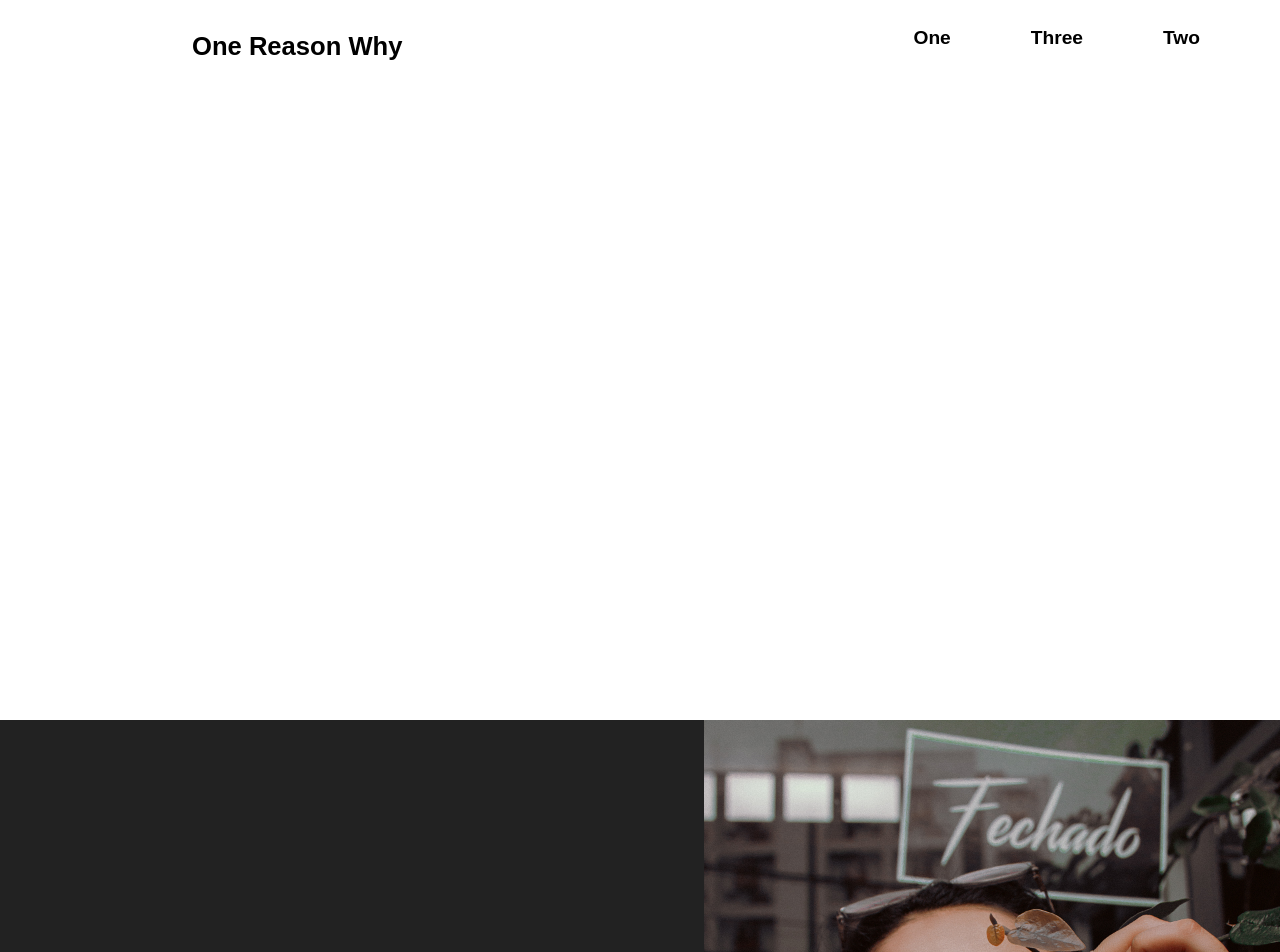
Repository: Imprasna/scrollmagic
Page: index.html
These files come from the project's save history. The page is drawn as it stood at one moment and after a run of saves; the edit follows.
The browser window is 1280 px wide. The pictures show the part of the page from y = 0 to 952 px (the page is 2200 px tall).
A picture or video elsewhere on the page could not be fetched, so the positions and the page height are approximate. Some web fonts or font styles are not loaded; a fallback is used. Some web libraries are served in a nearby version.

Above is the page before, as saved 2021-11-14 19:10:25.

After the next 2 saves:
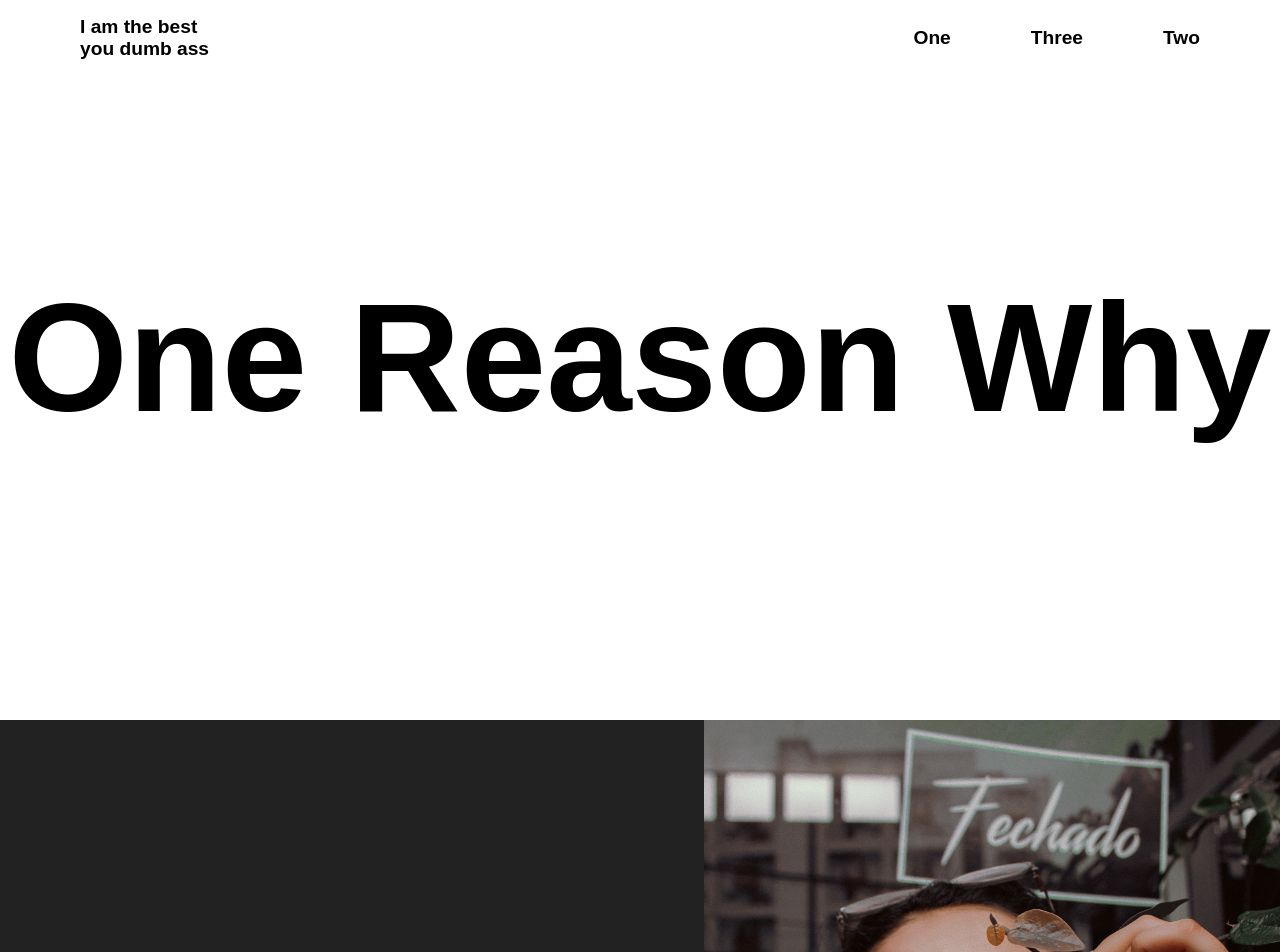
Console error: ReferenceError: pinSpac is not defined
The 2 saves are shown as one change because they came seconds apart.
The last was saved 19 s later.
--- a/app.js
+++ b/app.js
@@ -26,6 +26,7 @@
         end: "100%",
         pin: true,
         scrub: 1,
+        pinSpac
     },
 });
 

After the save that followed:
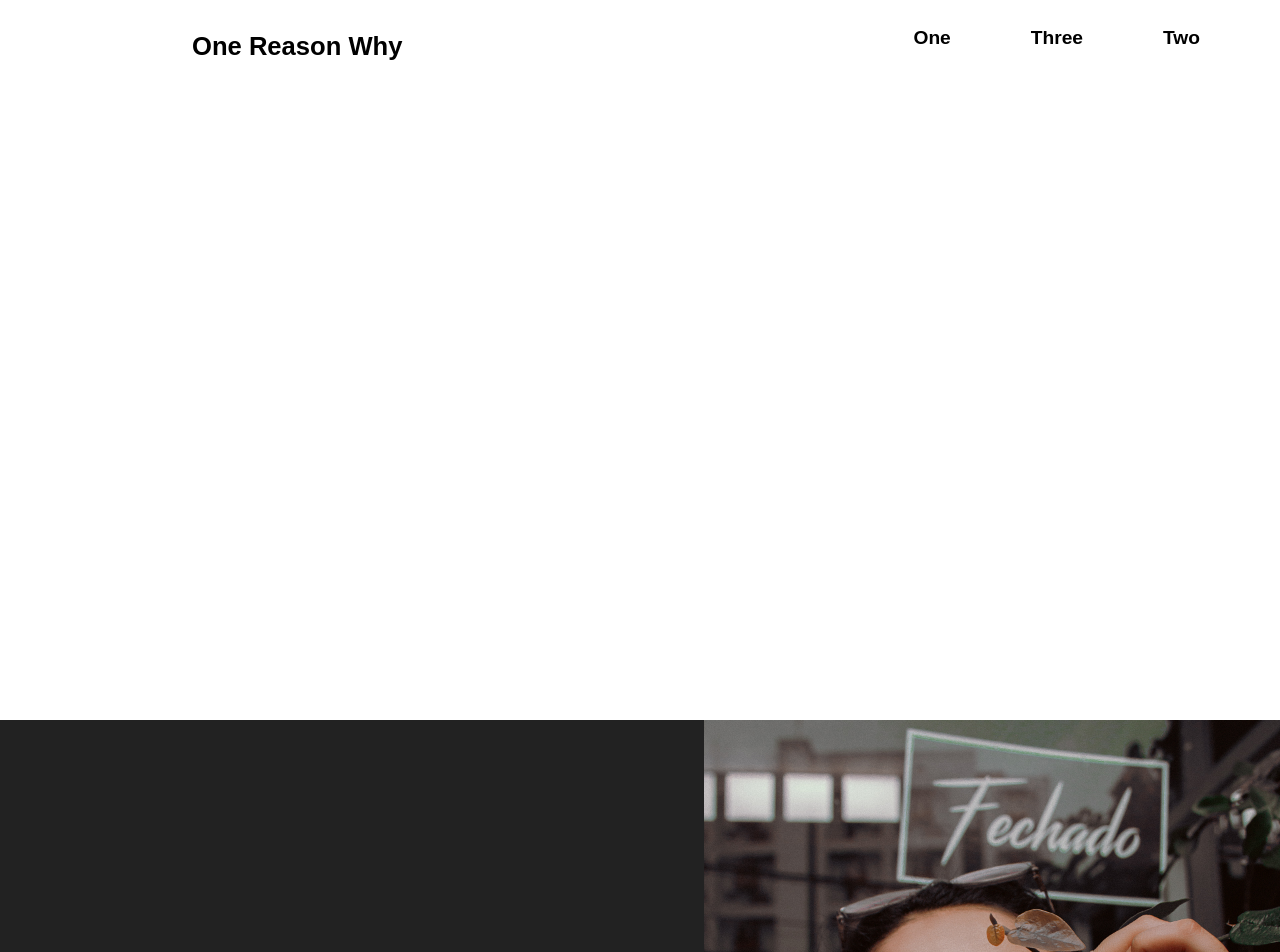
The error is gone.
Saved 5 s later.
--- a/app.js
+++ b/app.js
@@ -26,7 +26,7 @@
         end: "100%",
         pin: true,
         scrub: 1,
-        pinSpac
+        pinSpacing: false,
     },
 });
 
